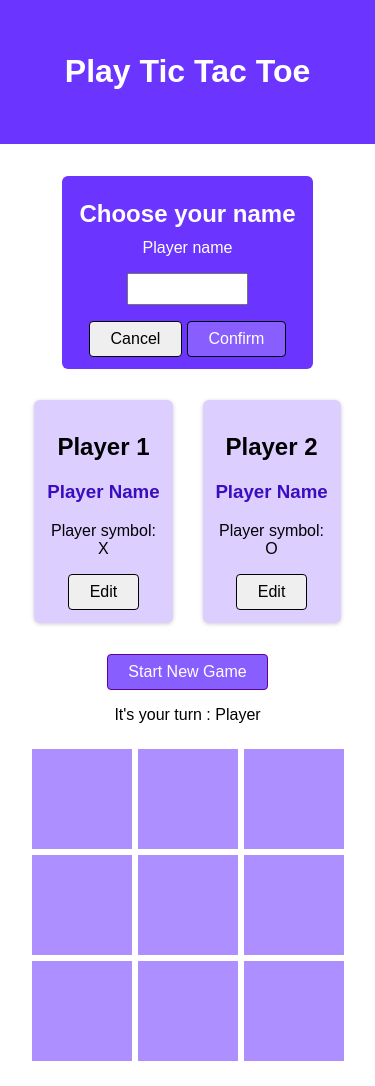
Repository: Harjot00/Wevdev
Page: Tic tac toe/index.html
These files come from the project's save history. The page is drawn as it stood at one moment and after the next save; the edit follows.
The browser window is 375 px wide. The pictures show the whole page.
Some web fonts or font styles are not loaded; a fallback is used.

Above is the page before, as saved 2022-05-21 19:40:59.

After the next save:
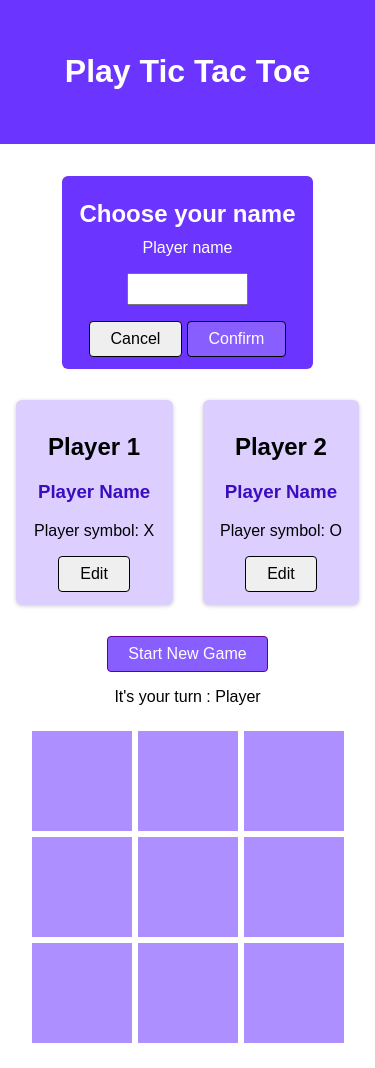
Saved 22 s later.
--- a/Tic tac toe/styles.css
+++ b/Tic tac toe/styles.css
@@ -116,8 +116,5 @@ section{
 @media only screen and (max-width: 600px){
     #gamestyle li{
 
-        width:30%;
-
-
-    }
+        width:35%;}
 }

After the 2 saves that followed:
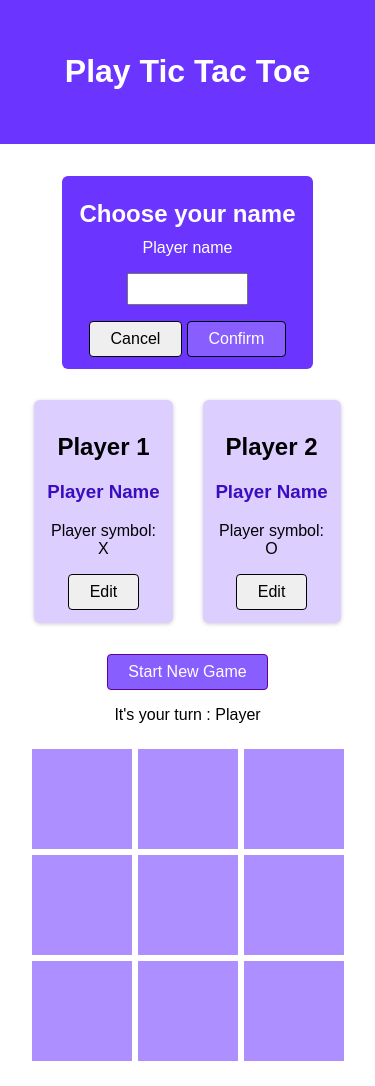
The 2 saves are shown as one change because they came seconds apart.
The last was saved 9 s later.
--- a/Tic tac toe/styles.css
+++ b/Tic tac toe/styles.css
@@ -116,5 +116,5 @@ section{
 @media only screen and (max-width: 600px){
     #gamestyle li{
 
-        width:35%;}
+        width:30%;}
 }
